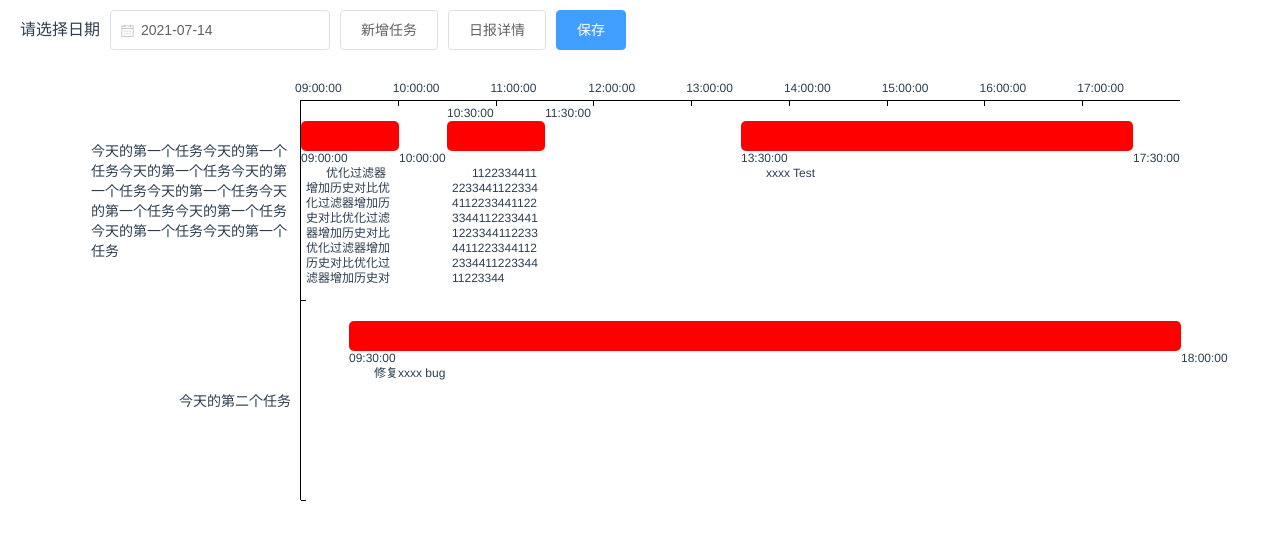
Repository: SeaHeart001/daily-report
Page: /
An editor plug-in stored every save of this project. The page is shown before and after the next save, followed by the edit.
The browser window is 1280 px wide. The pictures show the whole page.
The project was rebuilt for these pictures with package versions that can differ from the ones it lists, and the page was loaded fresh each time. Also part of the build but not shown: vue.config.js.

Above is the page before, as saved 2021-07-21 09:46:13.

After the next save:
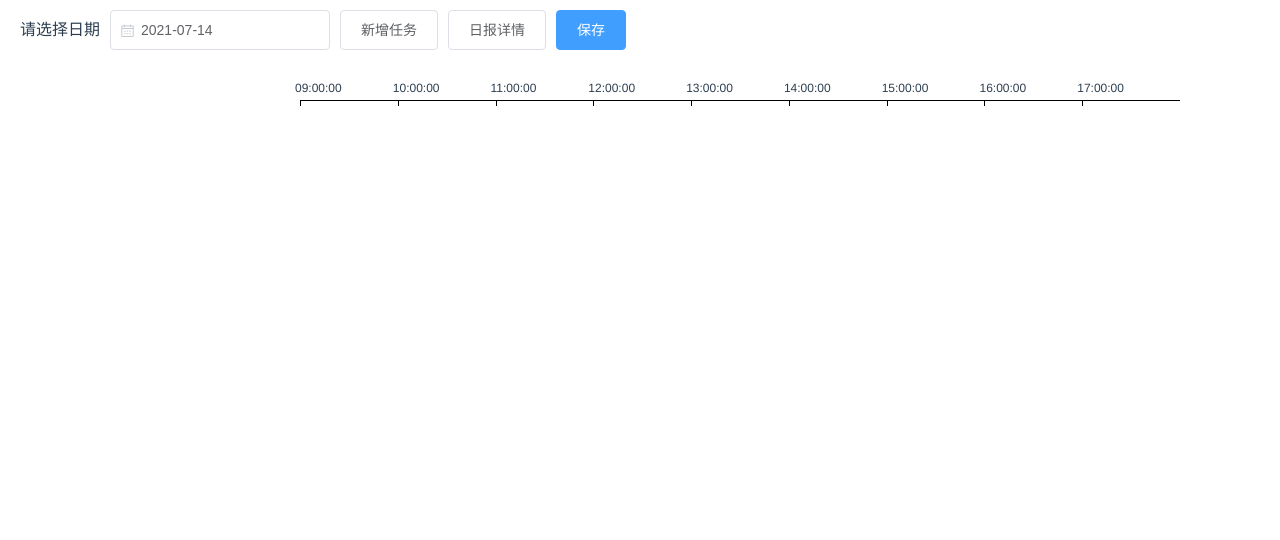
Saved 16 min 43 s later.
--- a/src/components/Axis/components/Axis.vue
+++ b/src/components/Axis/components/Axis.vue
@@ -194,41 +194,7 @@ export default {
       directive: 0,
       exTime: (60 * 60 * 1000) / 2, //任务的最小时间差
       chartsdata: [
-        {
-          product:
-            "今天的第一个任务今天的第一个任务今天的第一个任务今天的第一个任务今天的第一个任务今天的第一个任务今天的第一个任务今天的第一个任务今天的第一个任务",
-          list: [
-            {
-              pre_package_time: this.daily + " 09:00:00",
-              pre_release_time: this.daily + " 10:00:00",
-              remark:
-                "优化过滤器增加历史对比优化过滤器增加历史对比优化过滤器增加历史对比优化过滤器增加历史对比优化过滤器增加历史对比",
-            },
-            {
-              pre_package_time: this.daily + " 10:30:00",
-              pre_release_time: this.daily + " 11:30:00",
-              id: 4,
-              remark:
-                "112233441122334411223344112233441122334411223344112233441122334411223344112233441122334411223344",
-            },
-            {
-              pre_package_time: this.daily + " 13:30:00",
-              pre_release_time: this.daily + " 17:30:00",
-              id: 5,
-              remark: "xxxx Test",
-            },
-          ],
-        },
-        {
-          product: "今天的第二个任务",
-          list: [
-            {
-              pre_package_time: this.daily + " 09:30:00",
-              pre_release_time: this.daily + " 18:00:00",
-              remark: "修复xxxx bug",
-            },
-          ],
-        },
+
       ],
       currentTask: {},
       currentTaskIndex: -1,
